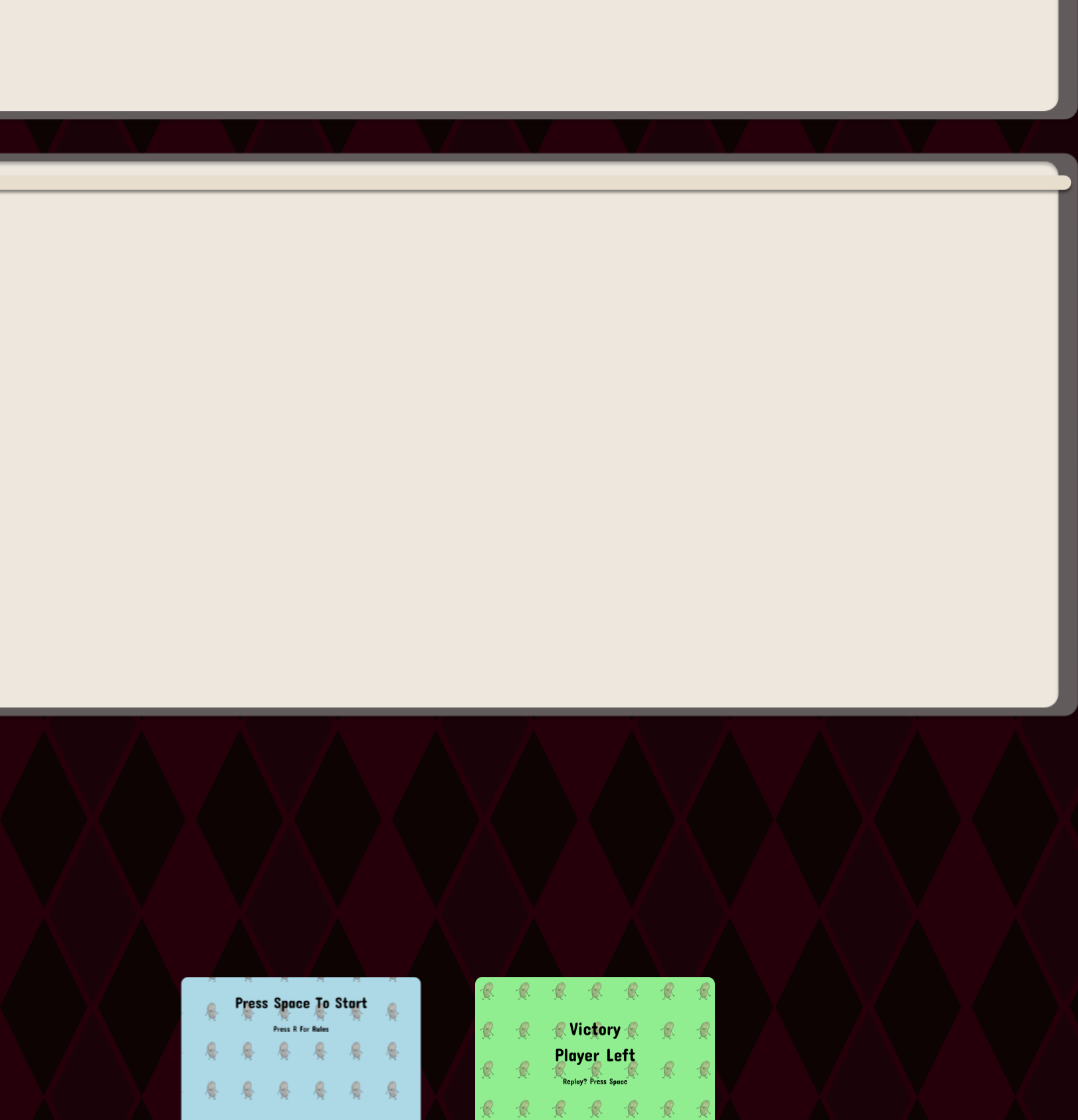
Repository: EMP-ChristinaC/Portfolio
Page: projects/potato-shuffle/potato.html
These files come from the project's save history. The page is drawn as it stood at one moment and after the next save; the edit follows.
The browser window is 1280 px wide. The page is 1540 px wide, so the pictures cover 1540 px, including what lies to the right of the window. The pictures show the part of the page from y = 1629 to 3229 px (the page is 6194 px tall), at 70% of full size.
Some web fonts or font styles are not loaded; a fallback is used.

Above is the page before, as saved 2024-12-08 19:51:25.

After the next save:
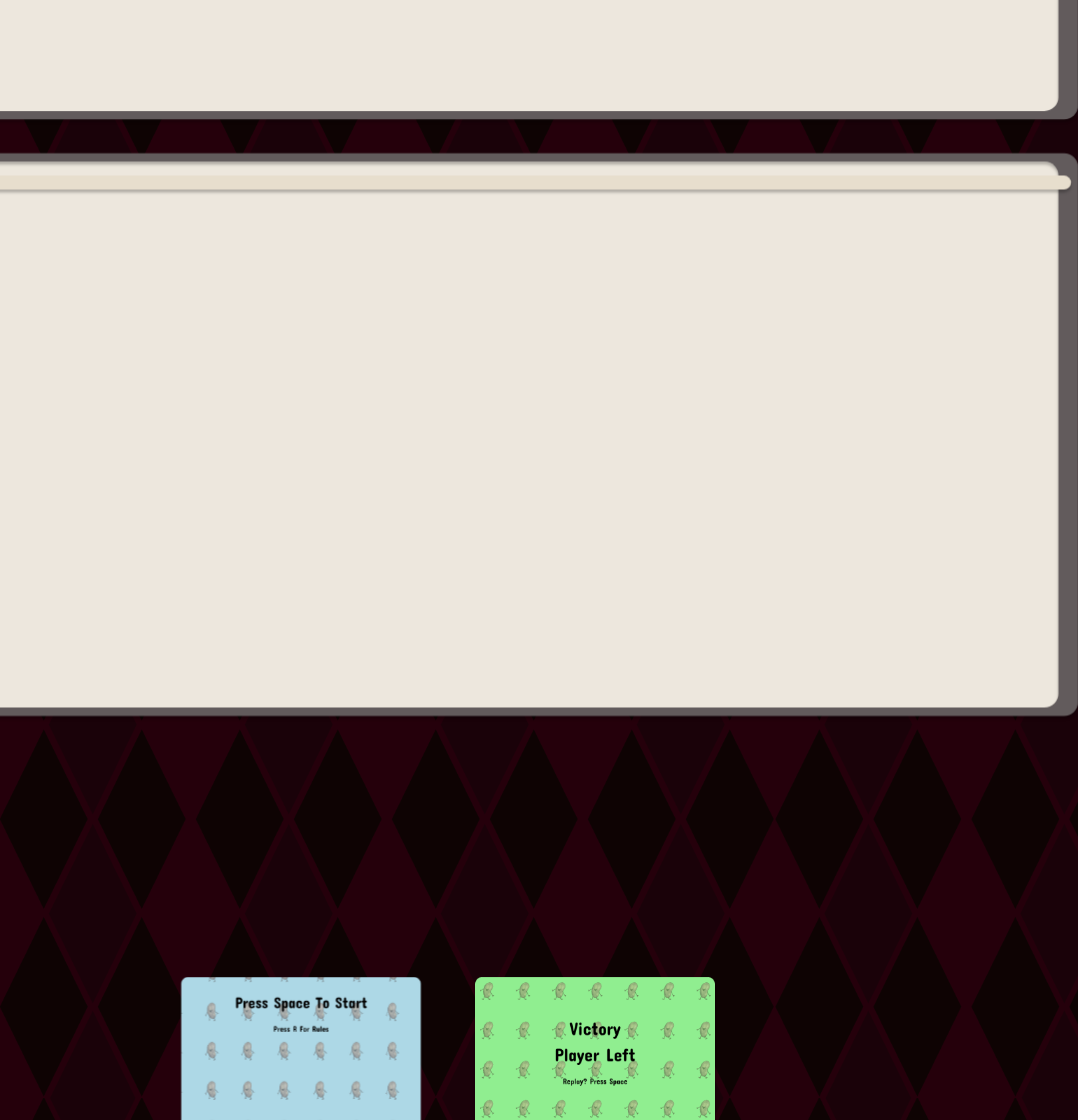
Saved 5 s later.
--- a/projects/potato-shuffle/potato.css
+++ b/projects/potato-shuffle/potato.css
@@ -145,7 +145,7 @@
 
 .box-outline-heading-three-potato {
     /* transform: translate(-50%, 1900%); */
-    top: 4%;
+    top: 500%;
     left: 5%;
 }
 
